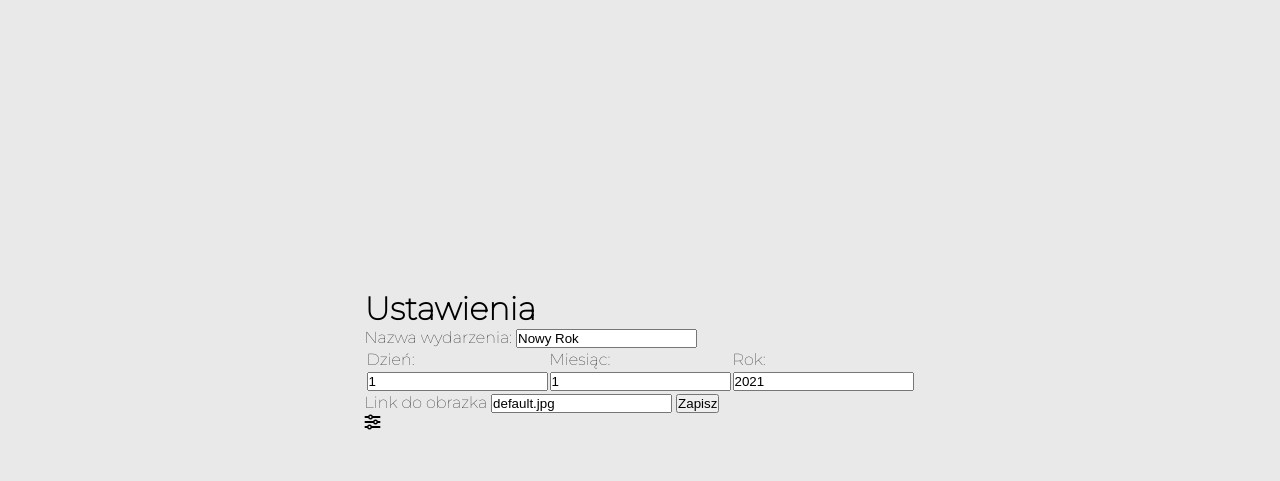
Repository: KrzysKolo/Projekt-8_Czasomierz
Page: index.html
An editor plug-in stored every save of this project. The page is shown before and after the next save, followed by the edit.
The browser window is 1280 px wide. The pictures show the whole page.
Some web libraries are served in a nearby version.

Above is the page before, as saved 2020-07-19 05:44:55.

### index.html
<!DOCTYPE html>
<html lang="en">
  <head>
    <meta charset="UTF-8" />
    <meta name="viewport" content="width=device-width, initial-scale=1.0" />
    <script
      src="https://kit.fontawesome.com/21efeaf281.js"
      crossorigin="anonymous"
    ></script>
    <link
      href="https://fonts.googleapis.com/css2?family=Montserrat:wght@100&display=swap"
      rel="stylesheet"
    />
    <link rel="stylesheet" href="/css/style.css" />
    <title>Projekt 9</title>
  </head>
  <body>
    <main class="counter-app">
      <div class="settings active">
        <h1>Ustawienia</h1>
        <label for="event-name">Nazwa wydarzenia: </label>
        <input type="text" id="event-name" value="Nowy Rok" />
        <table class="date">
          <tr>
            <td><label for="event-day">Dzień:</label></td>
            <td><label for="event-month">Miesiąc:</label></td>
            <td><label for="event-year">Rok:</label></td>
          </tr>
          <tr>
            <td>
              <input type="number" id="event-day" maxlength="2" value="1" />
            </td>
            <td>
              <input type="number" id="event-month" maxlength="2" value="1" />
            </td>
            <td>
              <input type="number" id="event-year" maxlength="4" value="2021" />
            </td>
          </tr>
        </table>
        <label for="eveny-image">Link do obrazka</label>
        <input type="text" id="eveny-image" value="default.jpg" />
        <button class="save">Zapisz</button>
      </div>

      <div class="app-body">
        <div class="image-section">
          <div class="settings-btn">
            <i class="fas fa-sliders-h"></i>
          </div>
        </div>
        <div class="time-section"></div>
      </div>
    </main>
    <script src="./js/index.js"></script>
  </body>
</html>

### css/style.css
* {
  box-sizing: border-box;
  margin: 0;
  padding: 0;
}
body {
  display: flex;
  justify-content: center;
  align-items: center;
  min-height: 100vh;
  font-family: "Montserrat", sans-serif;
  background-color: rgb(233, 233, 233);
}

Loaded but not shown: js/index.js (no copy from this time; the picture is the same without it)

After the next save:
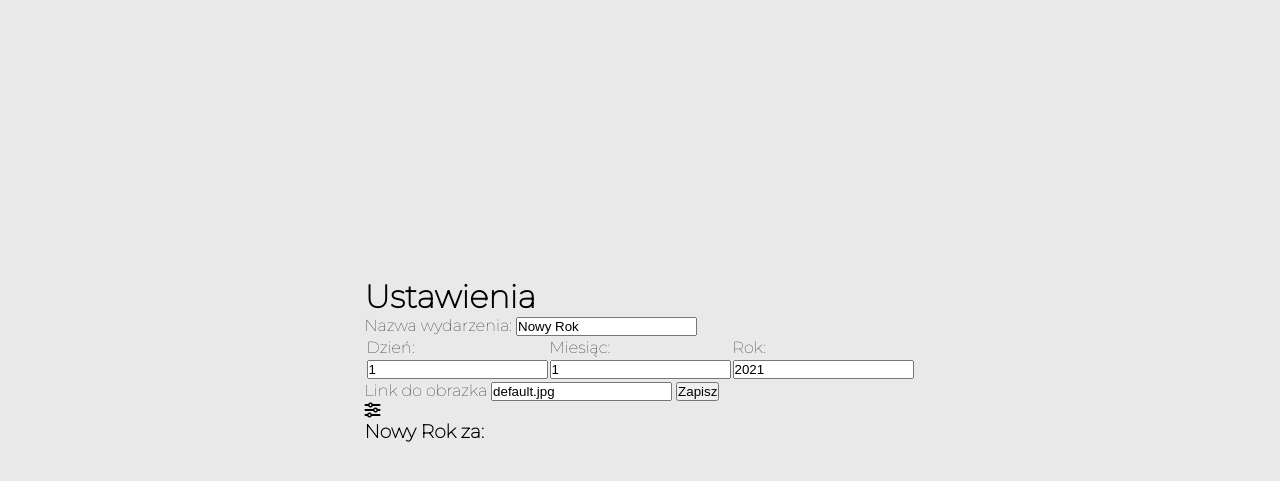
Saved 2 min 24 s later.
--- a/index.html
+++ b/index.html
@@ -49,7 +49,11 @@
             <i class="fas fa-sliders-h"></i>
           </div>
         </div>
-        <div class="time-section"></div>
+        <div class="time-section">
+          <h3>
+            <span><span class="event">Nowy Rok</span> za: </span>
+          </h3>
+        </div>
       </div>
     </main>
     <script src="./js/index.js"></script>
